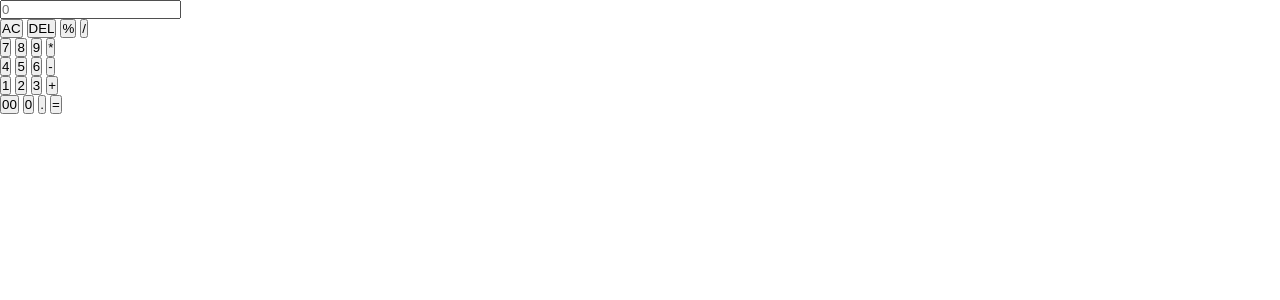
Repository: vaibhav1281/Calculator
Page: index.html
These files come from the project's save history. The page is drawn as it stood at one moment and after the next save; the edit follows.
The browser window is 1280 px wide. The pictures show the whole page.

Above is the page before, as saved 2023-05-06 19:45:21.

After the next save:
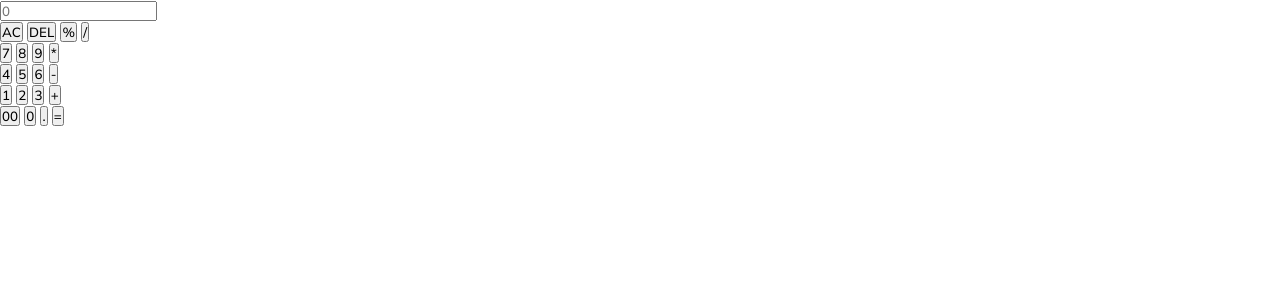
Saved 22 s later.
--- a/styles.css
+++ b/styles.css
@@ -4,4 +4,6 @@
     margin: 0;
     padding: 0;
     box-sizing: border-box;
+    font-family: 'Be Vietnam Pro', sans-serif;
+font-family: 'Mulish', sans-serif;
 }
